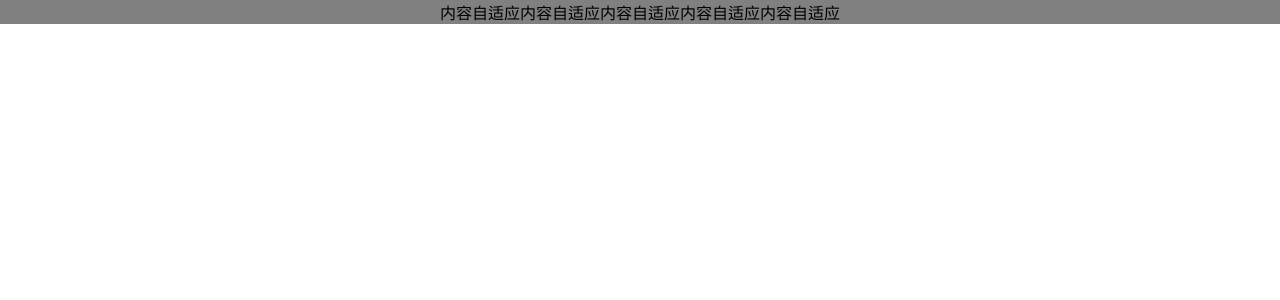
Repository: ArtemisWang/webpack
Page: src/demo20.html
The author's editor kept a copy of each file at every save. The page is drawn from the files as they stood at one save, then again after the next save.
The browser window is 1280 px wide. The pictures show the whole page.

Above is the page before, as saved 2020-03-31 20:41:41.

After the next save:
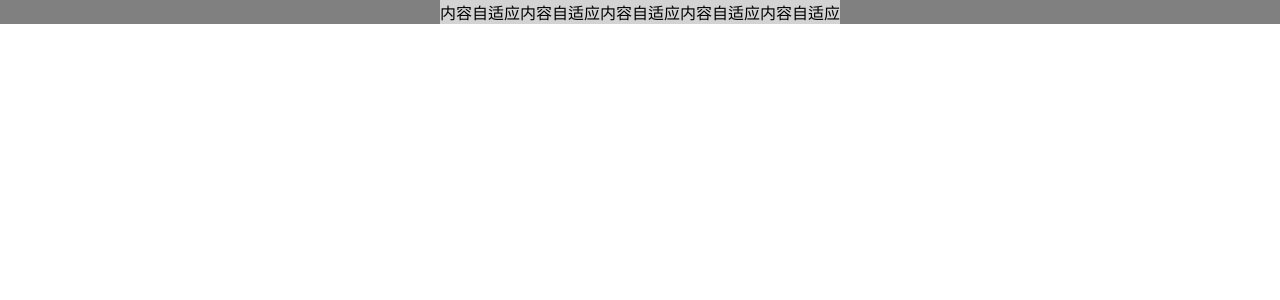
Saved 57 s later.
--- a/src/demo20.html
+++ b/src/demo20.html
@@ -15,7 +15,11 @@
         justify-content:center;
         flex-items:center;
         height:100%;
+        width: 100%;
         background-color:grey;
+    }
+    .child{
+        background-color: lightgray;
     }
     </style>
 </head>
